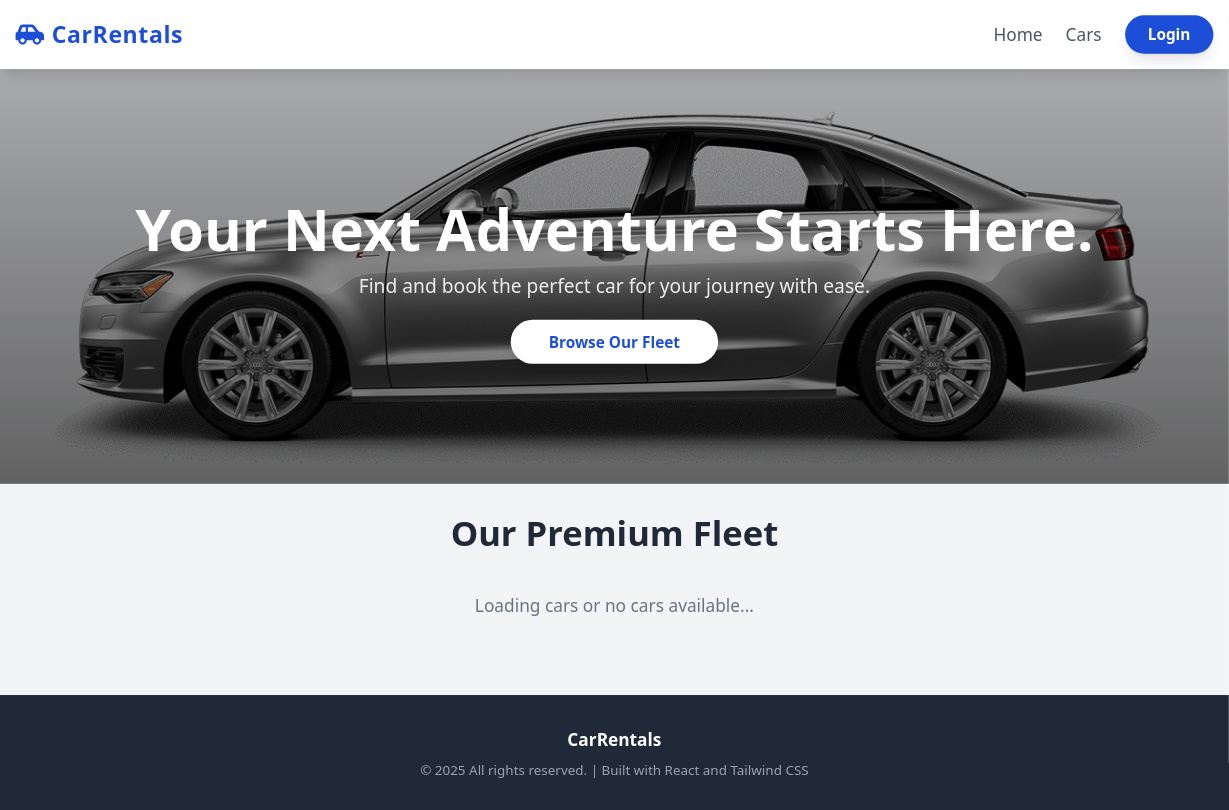
Repository: Daehy-peels/car-rental-app
Page: / (app in client/)
An editor plug-in stored every save of this project. The page is shown before and after a run of saves, followed by the edit.
The browser window is 1280 px wide. The pictures show the whole page, at 96% of full size.
The page's requests for data from a server got no answer. The project was rebuilt for these pictures with package versions that can differ from the ones it lists, and the page was loaded fresh each time. No one was signed in, and anything a server would have sent is missing. Also part of the build but not shown: client/vite.config.js, client/src/components/CarCard.jsx.

Above is the page before, as saved 2025-08-21 11:02:06.

After the next 2 saves:
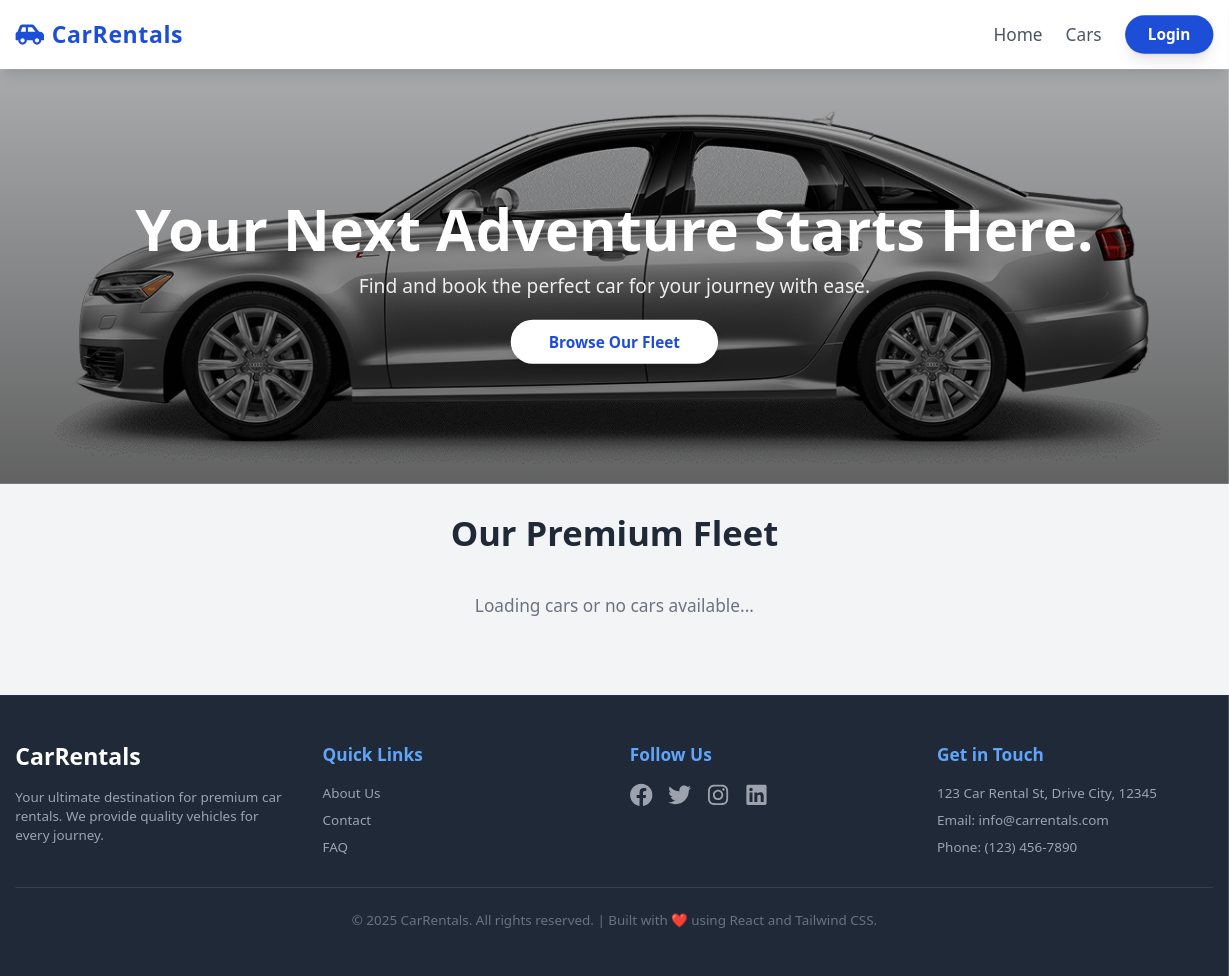
The 2 saves are shown as one change because they came seconds apart.
The last was saved 26 s later.
--- a/client/src/components/Footer.jsx
+++ b/client/src/components/Footer.jsx
@@ -1,14 +1,108 @@
 // src/components/Footer.jsx
 import React from "react";
+import { FaFacebook, FaTwitter, FaInstagram, FaLinkedin } from "react-icons/fa";
 
 const Footer = () => {
   return (
-    <footer className="bg-text text-white py-8 mt-12">
-      <div className="container mx-auto px-4 text-center">
-        <p className="text-lg font-semibold mb-2">CarRentals</p>
-        <p className="text-sm text-gray-400">
-          &copy; 2025 All rights reserved. | Built with React and Tailwind CSS
-        </p>
+    <footer className="bg-text text-white py-12 mt-12 animate-fade-in">
+      <div className="container mx-auto px-4 text-center md:text-left">
+        <div className="grid grid-cols-1 md:grid-cols-4 gap-8">
+          {/* Logo and About Section */}
+          <div className="col-span-1 md:col-span-1">
+            <p className="text-2xl font-bold mb-4">CarRentals</p>
+            <p className="text-sm text-gray-400">
+              Your ultimate destination for premium car rentals. We provide
+              quality vehicles for every journey.
+            </p>
+          </div>
+
+          {/* Quick Links */}
+          <div className="col-span-1 md:col-span-1">
+            <h4 className="text-lg font-semibold mb-4 text-accent">
+              Quick Links
+            </h4>
+            <ul className="space-y-2 text-sm">
+              <li>
+                <a
+                  href="#"
+                  className="text-gray-400 hover:text-white transition-colors"
+                >
+                  About Us
+                </a>
+              </li>
+              <li>
+                <a
+                  href="#"
+                  className="text-gray-400 hover:text-white transition-colors"
+                >
+                  Contact
+                </a>
+              </li>
+              <li>
+                <a
+                  href="#"
+                  className="text-gray-400 hover:text-white transition-colors"
+                >
+                  FAQ
+                </a>
+              </li>
+            </ul>
+          </div>
+
+          {/* Social Media Links */}
+          <div className="col-span-1 md:col-span-1">
+            <h4 className="text-lg font-semibold mb-4 text-accent">
+              Follow Us
+            </h4>
+            <div className="flex justify-center md:justify-start space-x-4">
+              <a
+                href="#"
+                className="text-gray-400 hover:text-white transition-colors transform hover:scale-110"
+              >
+                <FaFacebook size={24} />
+              </a>
+              <a
+                href="#"
+                className="text-gray-400 hover:text-white transition-colors transform hover:scale-110"
+              >
+                <FaTwitter size={24} />
+              </a>
+              <a
+                href="#"
+                className="text-gray-400 hover:text-white transition-colors transform hover:scale-110"
+              >
+                <FaInstagram size={24} />
+              </a>
+              <a
+                href="#"
+                className="text-gray-400 hover:text-white transition-colors transform hover:scale-110"
+              >
+                <FaLinkedin size={24} />
+              </a>
+            </div>
+          </div>
+
+          {/* Contact Info */}
+          <div className="col-span-1 md:col-span-1">
+            <h4 className="text-lg font-semibold mb-4 text-accent">
+              Get in Touch
+            </h4>
+            <p className="text-sm text-gray-400">
+              123 Car Rental St, Drive City, 12345
+            </p>
+            <p className="text-sm text-gray-400 mt-2">
+              Email: info@carrentals.com
+            </p>
+            <p className="text-sm text-gray-400 mt-2">Phone: (123) 456-7890</p>
+          </div>
+        </div>
+
+        <div className="border-t border-gray-700 mt-8 pt-6">
+          <p className="text-sm text-gray-500 text-center">
+            &copy; {new Date().getFullYear()} CarRentals. All rights reserved. |
+            Built with ❤️ using React and Tailwind CSS.
+          </p>
+        </div>
       </div>
     </footer>
   );
